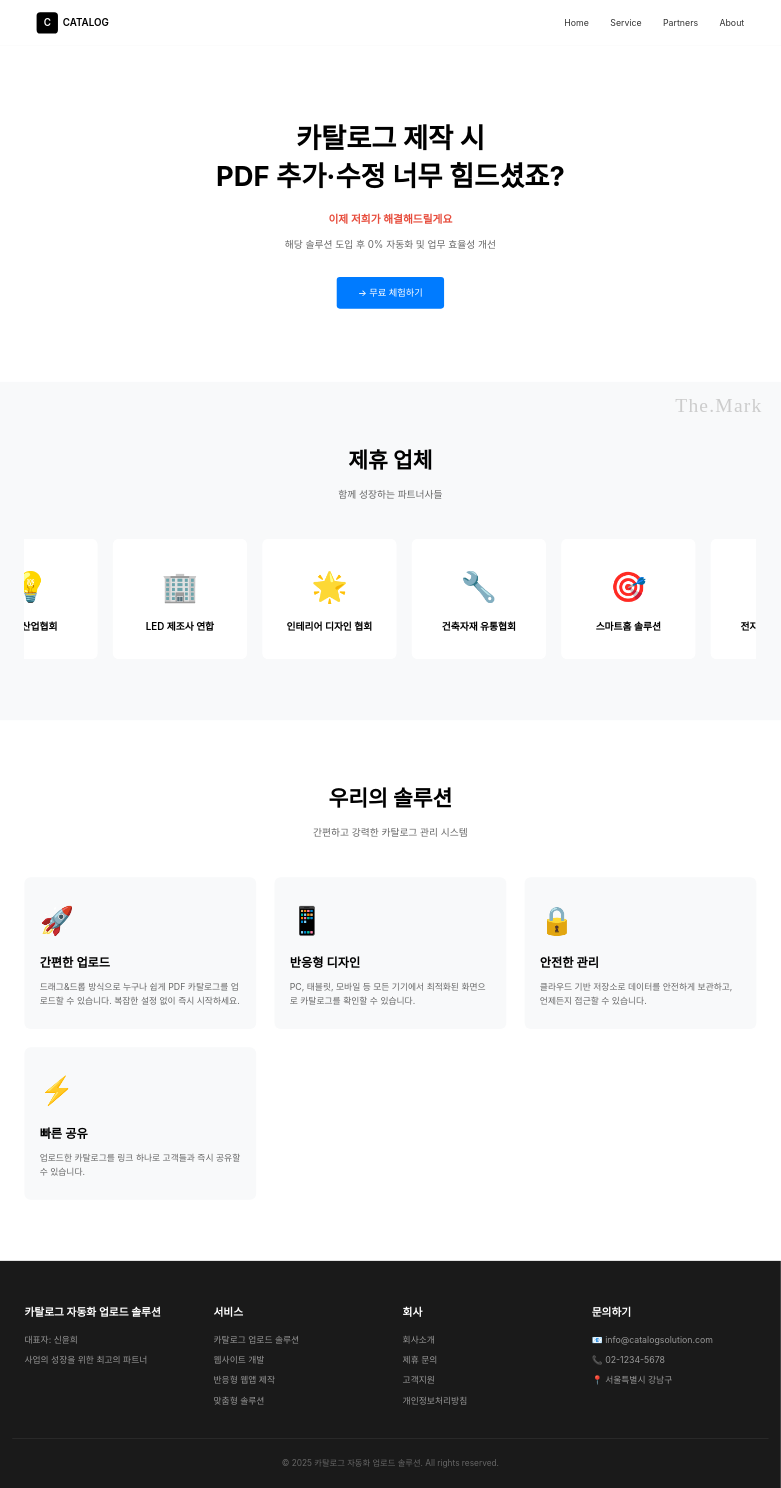
Repository: ororso11/catamaster
Page: index.html
These files come from the project's save history. The page is drawn as it stood at one moment and after the next save; the edit follows.
The browser window is 1280 px wide. The pictures show the whole page, at 61% of full size.

Above is the page before, as saved 2025-10-04 23:26:48.

### index.html
<!DOCTYPE html>
<html lang="ko">
<head>
    <meta charset="UTF-8">
    <meta name="viewport" content="width=device-width, initial-scale=1.0">
    <title>카탈로그 자동화 업로드 솔루션</title>
    <link rel="stylesheet" href="style.css">
</head>
<body>
    <!-- 스크롤 진행 바 -->
    <div class="progress-line" id="progressLine"></div>

    <!-- 실시간 시계 -->
    <div class="time-indicator" id="timeIndicator"></div>

    <!-- Header -->
    <header>
        <div class="header-container">
            <div class="logo">
                <div class="logo-icon">C</div>
                <span>CATALOG</span>
            </div>
            <nav id="mainNav">
                <a href="#home">Home</a>
                <a href="#solutions">Service</a>
                <a href="#partners">Partners</a>
                <a href="#contact">About</a>
            </nav>
            <button class="mobile-menu-btn" onclick="toggleMenu()">☰</button>
        </div>
    </header>

    <!-- Hero Section -->
    <section class="hero" id="home">
        <!-- 떠다니는 입자 -->
        <div class="particles" id="particles"></div>

        <div class="hero-content">
            <h1>카탈로그 제작 시<br>PDF 추가·수정 너무 힘드셨죠?</h1>
            <p class="subtitle">이제 저희가 해결해드릴게요</p>
            <p class="description">해당 솔루션 도입 후 <span class="counter" data-target="90">0</span>% 자동화 및 업무 효율성 개선</p>
            <a href="dashboard.html" class="cta-button">무료 체험하기</a>
        </div>
    </section>

    <!-- Partners Section -->
    <section class="partners" id="partners">
        <h2 class="section-title">제휴 업체</h2>
        <p class="section-subtitle">함께 성장하는 파트너사들</p>

        <div class="partners-slider">
            <div class="partners-track">
                <div class="partner-card">
                    <div class="partner-logo">💡</div>
                    <div class="partner-name">조명산업협회</div>
                </div>
                <div class="partner-card">
                    <div class="partner-logo">🏢</div>
                    <div class="partner-name">LED 제조사 연합</div>
                </div>
                <div class="partner-card">
                    <div class="partner-logo">🌟</div>
                    <div class="partner-name">인테리어 디자인 협회</div>
                </div>
                <div class="partner-card">
                    <div class="partner-logo">🔧</div>
                    <div class="partner-name">건축자재 유통협회</div>
                </div>
                <div class="partner-card">
                    <div class="partner-logo">🎯</div>
                    <div class="partner-name">스마트홈 솔루션</div>
                </div>
                <div class="partner-card">
                    <div class="partner-logo">📦</div>
                    <div class="partner-name">전자상거래 플랫폼</div>
                </div>
                <div class="partner-card">
                    <div class="partner-logo">🏭</div>
                    <div class="partner-name">제조업 협회</div>
                </div>
                <div class="partner-card">
                    <div class="partner-logo">🛠️</div>
                    <div class="partner-name">산업용품 유통사</div>
                </div>
                <!-- 복제 -->
                <div class="partner-card">
                    <div class="partner-logo">💡</div>
                    <div class="partner-name">조명산업협회</div>
                </div>
                <div class="partner-card">
                    <div class="partner-logo">🏢</div>
                    <div class="partner-name">LED 제조사 연합</div>
                </div>
                <div class="partner-card">
                    <div class="partner-logo">🌟</div>
                    <div class="partner-name">인테리어 디자인 협회</div>
                </div>
                <div class="partner-card">
                    <div class="partner-logo">🔧</div>
                    <div class="partner-name">건축자재 유통협회</div>
                </div>
            </div>
        </div>
    </section>

    <!-- Solutions Section -->
    <section class="solutions" id="solutions">
        <h2 class="section-title">우리의 솔루션</h2>
        <p class="section-subtitle">간편하고 강력한 카탈로그 관리 시스템</p>

        <div class="solutions-grid">
            <div class="solution-card">
                <div class="solution-icon">🚀</div>
                <h3>간편한 업로드</h3>
                <p>드래그&드롭 방식으로 누구나 쉽게 PDF 카탈로그를 업로드할 수 있습니다. 복잡한 설정 없이 즉시 시작하세요.</p>
            </div>

            <div class="solution-card">
                <div class="solution-icon">📱</div>
                <h3>반응형 디자인</h3>
                <p>PC, 태블릿, 모바일 등 모든 기기에서 최적화된 화면으로 카탈로그를 확인할 수 있습니다.</p>
            </div>

            <div class="solution-card">
                <div class="solution-icon">🔒</div>
                <h3>안전한 관리</h3>
                <p>클라우드 기반 저장소로 데이터를 안전하게 보관하고, 언제든지 접근할 수 있습니다.</p>
            </div>

            <div class="solution-card">
                <div class="solution-icon">⚡</div>
                <h3>빠른 공유</h3>
                <p>업로드한 카탈로그를 링크 하나로 고객들과 즉시 공유할 수 있습니다.</p>
            </div>
        </div>
    </section>

    <!-- Footer -->
    <footer id="contact">
        <div class="footer-content">
            <div class="footer-section">
                <h3>카탈로그 자동화 업로드 솔루션</h3>
                <p>대표자: 신윤희</p>
                <p>사업의 성장을 위한 최고의 파트너</p>
            </div>

            <div class="footer-section">
                <h3>서비스</h3>
                <a href="#solutions">카탈로그 업로드 솔루션</a>
                <a href="#solutions">웹사이트 개발</a>
                <a href="#solutions">반응형 웹앱 제작</a>
                <a href="#solutions">맞춤형 솔루션</a>
            </div>

            <div class="footer-section">
                <h3>회사</h3>
                <a href="#home">회사소개</a>
                <a href="#partners">제휴 문의</a>
                <a href="#contact">고객지원</a>
                <a href="#contact">개인정보처리방침</a>
            </div>

            <div class="footer-section">
                <h3>문의하기</h3>
                <p>📧 info@catalogsolution.com</p>
                <p>📞 02-1234-5678</p>
                <p>📍 서울특별시 강남구</p>
            </div>
        </div>

        <div class="footer-bottom">
            <p>&copy; 2025 카탈로그 자동화 업로드 솔루션. All rights reserved.</p>
        </div>
    </footer>

    <div class="company-badge">The.Mark</div>

    <script src="script.js"></script>
</body>
</html>

### style.css
* {
    margin: 0;
    padding: 0;
    box-sizing: border-box;
}

body {
    font-family: -apple-system, BlinkMacSystemFont, 'Segoe UI', 'Malgun Gothic', sans-serif;
    color: #333;
    line-height: 1.6;
    overflow-x: hidden;
}

/* Header */
header {
    background: white;
    padding: 20px 0;
    box-shadow: 0 1px 0 rgba(0,0,0,0.05);
    position: sticky;
    top: 0;
    z-index: 100;
}

.header-container {
    max-width: 1200px;
    margin: 0 auto;
    padding: 0 20px;
    display: flex;
    justify-content: space-between;
    align-items: center;
}

.logo {
    display: flex;
    align-items: center;
    gap: 8px;
    font-size: 1rem;
    font-weight: 600;
    color: #000;
}

.logo-icon {
    width: 35px;
    height: 35px;
    background: #000;
    border-radius: 6px;
    display: flex;
    align-items: center;
    justify-content: center;
    color: white;
    font-size: 1rem;
}

nav {
    display: flex;
    gap: 35px;
    align-items: center;
}

nav a {
    color: #333;
    text-decoration: none;
    font-size: 0.9rem;
    font-weight: 400;
    transition: color 0.3s;
}

nav a:hover {
    color: #666;
}

.contact-btn {
    background: #000;
    color: white !important;
    padding: 8px 20px;
    border-radius: 5px;
    font-weight: 500;
}

.mobile-menu-btn {
    display: none;
    background: none;
    border: none;
    font-size: 1.5rem;
    cursor: pointer;
}

/* Hero Section */
.hero {
    background: white;
    padding: 120px 20px;
    text-align: center;
}

.hero-content {
    max-width: 800px;
    margin: 0 auto;
}

.hero h1 {
    font-size: 2.8rem;
    font-weight: 700;
    margin-bottom: 25px;
    color: #000;
    line-height: 1.4;
}

.hero .subtitle {
    font-size: 1.1rem;
    color: #e74c3c;
    margin-bottom: 15px;
    font-weight: 600;
}

.hero .description {
    font-size: 1rem;
    color: #666;
    margin-bottom: 40px;
}

.cta-button {
    display: inline-block;
    padding: 14px 35px;
    background: #007bff;
    color: white;
    text-decoration: none;
    border-radius: 5px;
    font-weight: 500;
    font-size: 0.95rem;
    transition: background 0.3s;
}

.cta-button:hover {
    background: #0056b3;
}

.cta-button::before {
    content: '→ ';
}

/* Partners Section */
.partners {
    padding: 100px 20px;
    background: #f8f9fa;
    overflow: hidden;
}

.section-title {
    text-align: center;
    font-size: 2.2rem;
    color: #000;
    margin-bottom: 15px;
    font-weight: 700;
}

.section-subtitle {
    text-align: center;
    color: #666;
    margin-bottom: 60px;
    font-size: 1rem;
}

.partners-slider {
    max-width: 1200px;
    margin: 60px auto 0;
    overflow: hidden;
    position: relative;
}

.partners-track {
    display: flex;
    gap: 25px;
    animation: scroll 30s linear infinite;
}

@keyframes scroll {
    0% {
        transform: translateX(0);
    }
    100% {
        transform: translateX(-50%);
    }
}

.partners-track:hover {
    animation-play-state: paused;
}

.partner-card {
    min-width: 220px;
    background: white;
    padding: 40px 25px;
    border-radius: 10px;
    text-align: center;
    transition: all 0.3s;
    flex-shrink: 0;
}

.partner-card:hover {
    box-shadow: 0 5px 20px rgba(0,0,0,0.1);
}

.partner-logo {
    font-size: 3rem;
    margin-bottom: 15px;
}

.partner-name {
    font-weight: 600;
    color: #000;
    font-size: 1rem;
}

/* Solutions Section */
.solutions {
    padding: 100px 20px;
    background: white;
}

.solutions-grid {
    max-width: 1200px;
    margin: 0 auto;
    display: grid;
    grid-template-columns: repeat(3, 1fr);
    gap: 30px;
}

.solution-card {
    background: #f8f9fa;
    padding: 35px 25px;
    border-radius: 10px;
    transition: all 0.3s;
}

.solution-card:hover {
    background: #e9ecef;
}

.solution-icon {
    font-size: 2.8rem;
    margin-bottom: 18px;
}

.solution-card h3 {
    color: #000;
    margin-bottom: 12px;
    font-size: 1.25rem;
    font-weight: 600;
}

.solution-card p {
    color: #666;
    line-height: 1.6;
    font-size: 0.9rem;
}

/* Footer */
footer {
    background: #1a1a1a;
    color: #999;
    padding: 70px 20px 30px;
}

.footer-content {
    max-width: 1200px;
    margin: 0 auto;
    display: grid;
    grid-template-columns: repeat(4, 1fr);
    gap: 40px;
    margin-bottom: 40px;
}

.footer-section h3 {
    margin-bottom: 20px;
    font-size: 1.1rem;
    color: white;
    font-weight: 600;
}

.footer-section p,
.footer-section a {
    color: #999;
    text-decoration: none;
    display: block;
    margin-bottom: 10px;
    font-size: 0.9rem;
    transition: color 0.3s;
}

.footer-section a:hover {
    color: white;
}

.footer-bottom {
    text-align: center;
    padding-top: 30px;
    border-top: 1px solid #333;
    color: #666;
    font-size: 0.85rem;
}

.company-badge {
    position: fixed;
    bottom: 30px;
    right: 30px;
    font-size: 2rem;
    color: #ccc;
    font-weight: 300;
    letter-spacing: 2px;
    font-family: serif;
}

/* Mobile Responsive */
@media (max-width: 768px) {
    nav {
        display: none;
        position: absolute;
        top: 75px;
        left: 0;
        right: 0;
        background: white;
        flex-direction: column;
        padding: 20px;
        box-shadow: 0 5px 20px rgba(0,0,0,0.1);
    }

    nav.active {
        display: flex;
    }

    .mobile-menu-btn {
        display: block;
    }

    .hero h1 {
        font-size: 1.8rem;
    }

    .solutions-grid {
        grid-template-columns: 1fr;
    }

    .footer-content {
        grid-template-columns: 1fr;
    }

    .company-badge {
        display: none;
    }
}

### script.js
function toggleMenu() {
    const nav = document.getElementById('mainNav');
    nav.classList.toggle('active');
}

document.querySelectorAll('a[href^="#"]').forEach(anchor => {
    anchor.addEventListener('click', function (e) {
        e.preventDefault();
        const target = document.querySelector(this.getAttribute('href'));
        if (target) {
            target.scrollIntoView({
                behavior: 'smooth',
                block: 'start'
            });
            document.getElementById('mainNav').classList.remove('active');
        }
    });
});

After the next save:
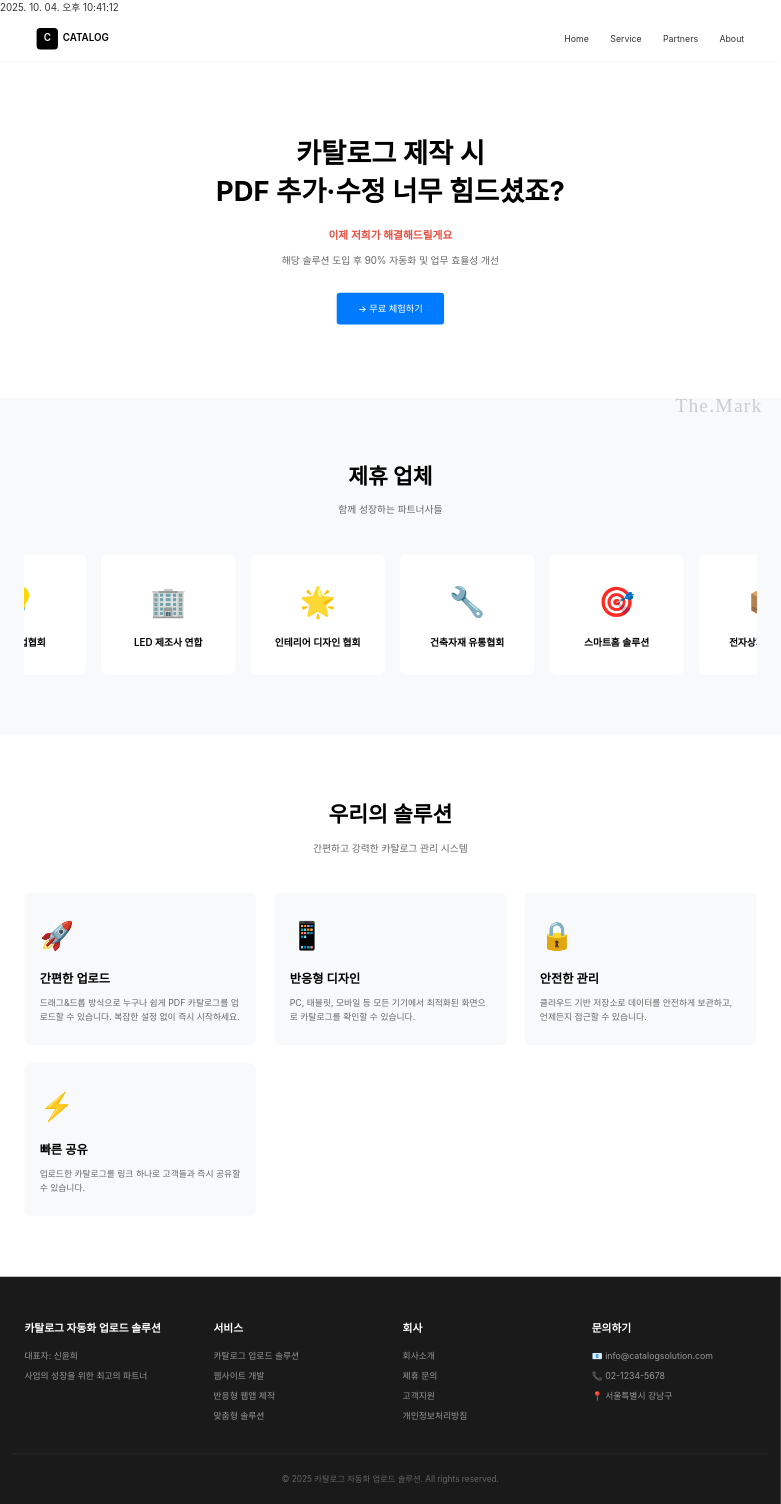
Saved 10 s later.
--- a/script.js
+++ b/script.js
@@ -1,8 +1,10 @@
+// 모바일 메뉴
 function toggleMenu() {
     const nav = document.getElementById('mainNav');
     nav.classList.toggle('active');
 }
 
+// 부드러운 스크롤
 document.querySelectorAll('a[href^="#"]').forEach(anchor => {
     anchor.addEventListener('click', function (e) {
         e.preventDefault();
@@ -16,3 +18,92 @@ document.querySelectorAll('a[href^="#"]').forEach(anchor => {
         }
     });
 });
+
+// 실시간 시계
+function updateTime() {
+    const now = new Date();
+    const timeString = now.toLocaleTimeString('ko-KR', {
+        hour: '2-digit',
+        minute: '2-digit',
+        second: '2-digit'
+    });
+    const dateString = now.toLocaleDateString('ko-KR', {
+        year: 'numeric',
+        month: '2-digit',
+        day: '2-digit'
+    });
+    document.getElementById('timeIndicator').textContent = `${dateString} ${timeString}`;
+}
+setInterval(updateTime, 1000);
+updateTime();
+
+// 스크롤 진행 바
+window.addEventListener('scroll', function() {
+    const winScroll = document.body.scrollTop || document.documentElement.scrollTop;
+    const height = document.documentElement.scrollHeight - document.documentElement.clientHeight;
+    const scrolled = (winScroll / height) * 100;
+    document.getElementById('progressLine').style.width = scrolled + '%';
+});
+
+// 숫자 카운트업 애니메이션
+function animateCounter(element) {
+    const target = parseInt(element.getAttribute('data-target'));
+    const duration = 2000;
+    const step = target / (duration / 16);
+    let current = 0;
+
+    const timer = setInterval(() => {
+        current += step;
+        if (current >= target) {
+            element.textContent = target;
+            clearInterval(timer);
+        } else {
+            element.textContent = Math.floor(current);
+        }
+    }, 16);
+}
+
+// Intersection Observer로 화면에 보일 때 카운터 시작
+const observerOptions = {
+    threshold: 0.5
+};
+
+const observer = new IntersectionObserver((entries) => {
+    entries.forEach(entry => {
+        if (entry.isIntersecting) {
+            const counters = entry.target.querySelectorAll('.counter');
+            counters.forEach(counter => {
+                if (counter.textContent === '0') {
+                    animateCounter(counter);
+                }
+            });
+        }
+    });
+}, observerOptions);
+
+const heroSection = document.querySelector('.hero');
+if (heroSection) {
+    observer.observe(heroSection);
+}
+
+// 떠다니는 입자 생성
+function createParticles() {
+    const particlesContainer = document.getElementById('particles');
+    if (!particlesContainer) return;
+
+    const particleCount = 30;
+
+    for (let i = 0; i < particleCount; i++) {
+        const particle = document.createElement('div');
+        particle.className = 'particle';
+        particle.style.left = Math.random() * 100 + '%';
+        particle.style.animationDelay = Math.random() * 20 + 's';
+        particle.style.animationDuration = (15 + Math.random() * 10) + 's';
+        particlesContainer.appendChild(particle);
+    }
+}
+
+// 페이지 로드 시 초기화
+window.addEventListener('DOMContentLoaded', function() {
+    createParticles();
+});
